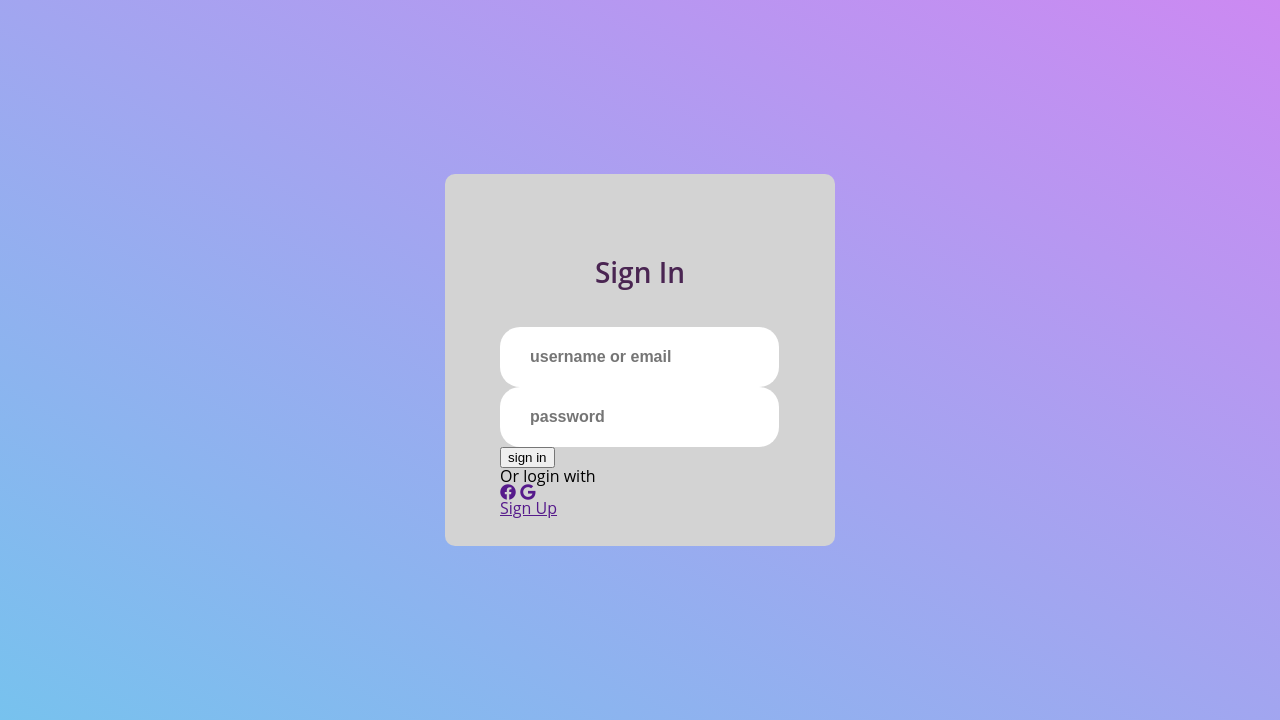
Repository: letrongtinh27/LapTrinhWeb
Page: signin/index.html
These files come from the project's save history. The page is drawn as it stood at one moment and after the next save; the edit follows.
The browser window is 1280 px wide. The pictures show the whole page.

Above is the page before, as saved 2022-10-09 20:47:06.

### signin/index.html
<!DOCTYPE html>
<html lang="en">
<head>
    <meta charset="UTF-8">
    <meta http-equiv="X-UA-Compatible" content="IE=edge">
    <meta name="viewport" content="width=device-width, initial-scale=1.0">
    <title>Sign In</title>
    <link rel="stylesheet" href="reset.css">
    <link rel="stylesheet" href="style.css">
    <link rel="stylesheet" href="https://cdnjs.cloudflare.com/ajax/libs/font-awesome/6.2.0/css/all.min.css" integrity="sha512-xh6O/CkQoPOWDdYTDqeRdPCVd1SpvCA9XXcUnZS2FmJNp1coAFzvtCN9BmamE+4aHK8yyUHUSCcJHgXloTyT2A==" crossorigin="anonymous" referrerpolicy="no-referrer" />
</head>
<body>
    <div class="sign-in">
        <h4 class="title">Sign In</h4>
        <form action="#" class="form-group">
            <div class="form-item">
                <input type="text" placeholder="username or email">
            </div>
            <div class="form-item">
                <input type="password" placeholder="password">
            </div>
            <button class="btn-signin">sign in</button>
            <p>Or login with</p>
            <div class="sing-in-icon">
                <a href="" class="facebook"><i class="fa-brands fa-facebook"></i></a>
                <a href="" class="google"><i class="fa-brands fa-google"></i></a>
            </div>
            <a href="" class="sign-up">Sign Up</a>
        </form>
    </div>
    <script src="https://code.jquery.com/jquery-3.3.1.slim.min.js" integrity="sha384-q8i/X+965DzO0rT7abK41JStQIAqVgRVzpbzo5smXKp4YfRvH+8abtTE1Pi6jizo" crossorigin="anonymous"></script>
    <script src="https://cdn.jsdelivr.net/npm/popper.js@1.14.7/dist/umd/popper.min.js" integrity="sha384-UO2eT0CpHqdSJQ6hJty5KVphtPhzWj9WO1clHTMGa3JDZwrnQq4sF86dIHNDz0W1" crossorigin="anonymous"></script>
    <script src="https://cdn.jsdelivr.net/npm/bootstrap@4.3.1/dist/js/bootstrap.min.js" integrity="sha384-JjSmVgyd0p3pXB1rRibZUAYoIIy6OrQ6VrjIEaFf/nJGzIxFDsf4x0xIM+B07jRM" crossorigin="anonymous"></script>
</body>
</html>

### signin/style.css
html {
    font-family: 'Open Sans',sans-serif;
}

* {
    box-sizing: border-box;
}

body {
    width: 100%;
    height: 100vh;
    background-image: linear-gradient(to right top,  #77C2EE, #CC89f2);
    display: flex;
    justify-content: center;
    align-items: center;
}

.sign-in{
    background-color: lightgray;
    border-radius: 10px;
    width: 100%;
    max-width: 390px;
    padding: 80px 55px 30px 55px;

}
.title{
    font-size: 28px;
    font-weight: 600;
    text-align: center;
    color: #4a2552;
    padding-bottom: 37px;
    line-height: 36px;
}
.form-group{

}

.form-item > input{
    border-radius: 20px;
    background-color: #ffffff;
    padding: 0 30px;
    border: 0;
    color: #4a2552;
    font-weight: 700;
    font-size: 16px;
    height: 60px;
}

input {
    color: black;
}
.btn-signin{

}
.sing-in-icon{

}
.facebook{

}
.fa-brands{

}
.fa-facebook{

}
.google{

}
.fa-google{

}
.sign-up{

}

Loaded but not shown: signin/reset.css (common file)

After the next save:
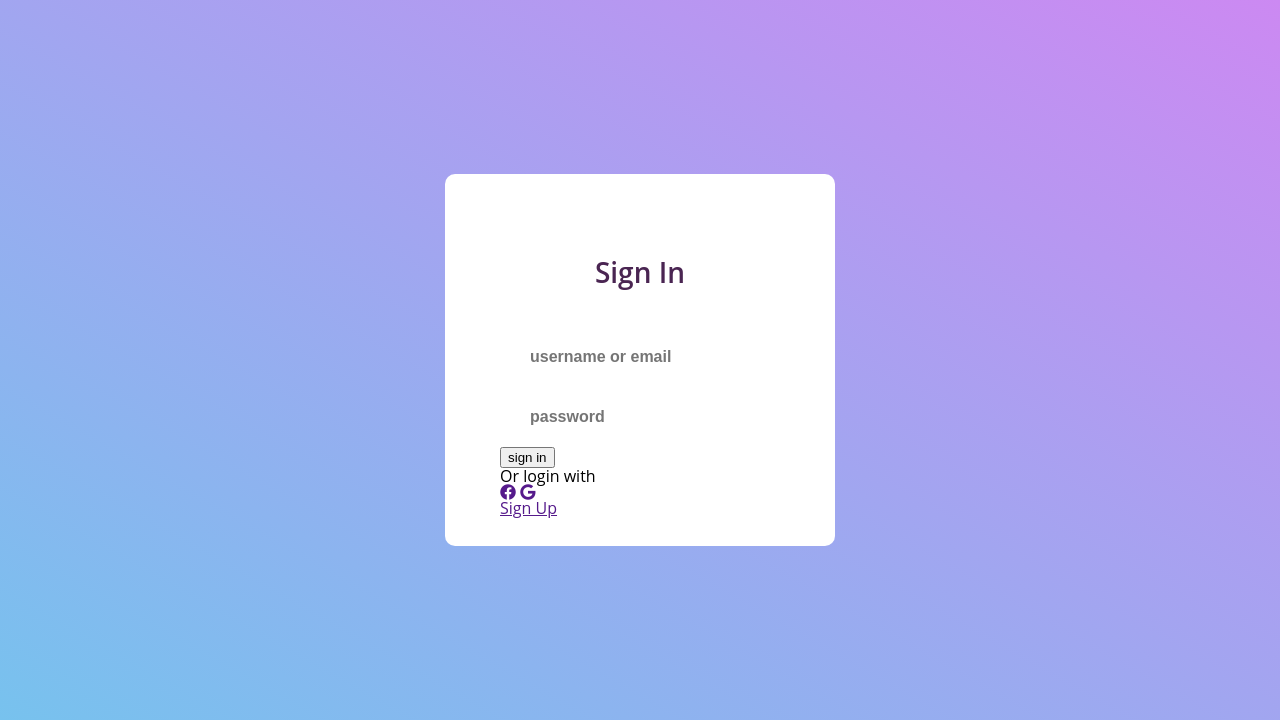
Saved 38 s later.
--- a/signin/style.css
+++ b/signin/style.css
@@ -16,7 +16,7 @@ body {
 }
 
 .sign-in{
-    background-color: lightgray;
+    background-color: #fff;
     border-radius: 10px;
     width: 100%;
     max-width: 390px;
@@ -46,9 +46,6 @@ body {
     height: 60px;
 }
 
-input {
-    color: black;
-}
 .btn-signin{
 
 }
